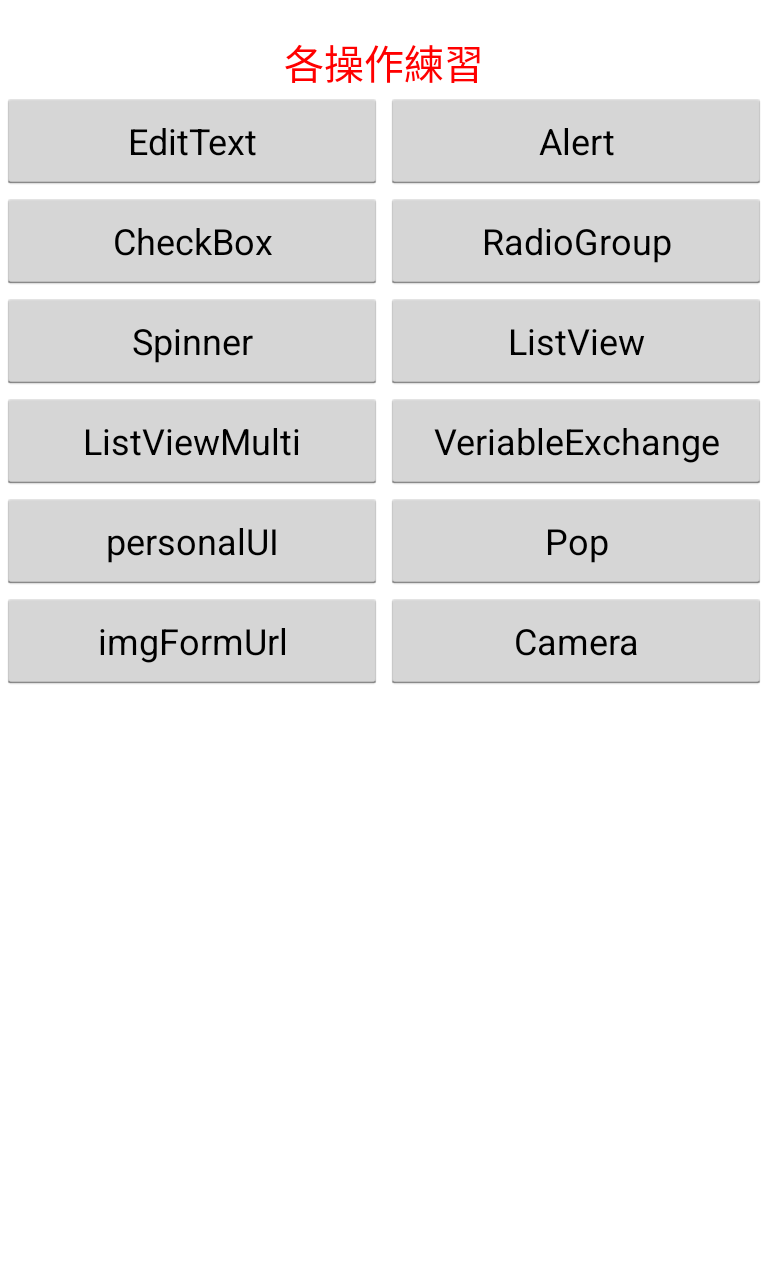
Repository: NTUSTCMAPP/cmapp
Layout: Test/Test/res/layout/activity_main.xml
These files come from the project's save history. The layout is drawn as it stood at one moment and after the next save; the edit follows.
It is drawn on a 768 x 1280 px phone screen (xhdpi) without system bars, with theme AppTheme; the app's code is not run. The app's manifest (not shown) leaves right-to-left support off. So textAlignment, textDirection and layoutDirection are ignored, and left and right values win over start and end ones.

Above is the layout before, as saved 2015-04-25 04:20:01.

### Test/Test/res/layout/activity_main.xml
<RelativeLayout xmlns:android="http://schemas.android.com/apk/res/android"
    xmlns:tools="http://schemas.android.com/tools"
    android:layout_width="match_parent"
    android:layout_height="match_parent"
    android:layout_margin="0dp"
    android:paddingBottom="@dimen/activity_vertical_margin"
    android:paddingLeft="@dimen/activity_horizontal_margin"
    android:paddingRight="@dimen/activity_horizontal_margin"
    android:paddingTop="@dimen/activity_vertical_margin"
    tools:context="com.cmapp.test.MainActivity" >

	<TextView
	    android:id="@+id/Title"
	    android:text="@string/Title"
	    android:layout_width="wrap_content"
	    android:layout_height="wrap_content"
	    android:layout_centerHorizontal="true"
	    android:textSize="20sp"
	    android:textColor="#FF0000">
	</TextView>

	<LinearLayout
	    android:id="@+id/LL1"
	    android:layout_width="fill_parent"
	    android:layout_height="wrap_content"
	    android:orientation="horizontal"
	    android:layout_below="@+id/Title"
	    android:weightSum="2">

	<Button android:id="@+id/editText"
	    android:layout_height="50dp"
	    android:layout_width="0dp"
	    android:layout_weight="1"
	    android:text="EditText"
	    />
	<Button android:id="@+id/Alert"
	    android:layout_height="50dp"
	    android:layout_width="0dp"
	    android:layout_weight="1"
	    android:layout_below="@+id/Title"
	    android:layout_toRightOf="@+id/editText"
	    android:text="Alert"
	    />
	</LinearLayout>
	<LinearLayout
	     android:id="@+id/LL2"
	    android:layout_width="fill_parent"
	    android:layout_height="wrap_content"
	    android:orientation="horizontal"
	    android:layout_below="@+id/LL1"
	    android:weightSum="2">

	<Button android:id="@+id/CheckBox"
	    android:layout_height="50dp"
	    android:layout_width="0dp"
	    android:layout_weight="1"
	    android:text="CheckBox"
	    />
	<Button android:id="@+id/RadioGroup"
	    android:layout_height="50dp"
	    android:layout_width="0dp"
	    android:layout_weight="1"

	    android:layout_toRightOf="@+id/editText"
	    android:text="RadioGroup"
	    />
	</LinearLayout>

	<LinearLayout
	    android:id="@+id/LL4"
	    android:layout_width="fill_parent"
	    android:layout_height="wrap_content"
	    android:layout_below="@+id/LL3"
	    android:layout_margin="0dp"
	    android:orientation="horizontal"
	    android:padding="0dp"
	    android:weightSum="2" >

	<Button
	    android:id="@+id/ListViewMulti"
	    android:layout_width="0dp"
	    android:layout_height="50dp"
	    android:layout_margin="0dp"
	    android:layout_weight="1"
	    android:minHeight="48dp"
	    android:text="ListViewMulti" />

	<Button
	    android:id="@+id/VeriableExchange"
	    android:layout_width="0dp"
	    android:layout_height="50dp"
	    android:layout_margin="0dp"
	    android:layout_toRightOf="@+id/ListViewMulti"
	    android:layout_weight="1"
	    android:text="VeriableExchange" />

	</LinearLayout>
	<LinearLayout
	     android:id="@+id/LL5"
	    android:layout_width="fill_parent"
	    android:layout_height="wrap_content"
	    android:orientation="horizontal"
	    android:layout_below="@+id/LL4"
	    android:weightSum="2">

	<Button android:id="@+id/personalUI"
	    android:layout_height="50dp"
	    android:layout_width="0dp"
	    android:layout_weight="1"
	    android:text="personalUI"
	    />
	<Button android:id="@+id/pop"
	    android:layout_height="50dp"
	    android:layout_width="0dp"
	    android:layout_weight="1"
	    android:layout_toRightOf="@+id/personalUI"
	    android:text="Pop"
	    />
	</LinearLayout>

	<LinearLayout
	    android:id="@+id/LL3"
	    android:layout_width="fill_parent"
	    android:layout_height="wrap_content"
	    android:layout_alignParentLeft="true"
	    android:layout_below="@+id/LL2"
	    android:layout_margin="0dp"
	    android:layout_marginBottom="0dp"
	    android:layout_marginStart="0dp"
	    android:layout_marginTop="0dp"
	    android:orientation="horizontal"
	    android:weightSum="2" >

	    <Button
	        android:id="@+id/Spinner"
	        android:layout_width="0dp"
	        android:layout_height="50dp"
	        android:layout_weight="1"
	        android:text="Spinner" />

	    <Button
	        android:id="@+id/ListView"
	        android:layout_width="0dp"
	        android:layout_height="50dp"
	        android:layout_toRightOf="@+id/Spinner"
	        android:layout_weight="1"
	        android:text="ListView" />
	</LinearLayout>
	<LinearLayout
	    android:id="@+id/LL6"
	    android:layout_width="fill_parent"
	    android:layout_height="wrap_content"
	    android:layout_alignParentLeft="true"
	    android:layout_below="@+id/LL5"
	    android:layout_margin="0dp"
	    android:layout_marginBottom="0dp"
	    android:layout_marginStart="0dp"
	    android:layout_marginTop="0dp"
	    android:orientation="horizontal"
	    android:weightSum="2" >

	    <Button
	        android:id="@+id/imgFormUrl"
	        android:layout_width="0dp"
	        android:layout_height="50dp"
	        android:layout_weight="1"
	        android:text="imgFormUrl" />

	    <Button
	        android:id="@+id/Camera"
	        android:layout_width="0dp"
	        android:layout_height="50dp"
	        android:layout_toRightOf="@+id/imgFormUrl"
	        android:layout_weight="1"
	        android:text="Camera" />
	</LinearLayout>

</RelativeLayout>

### Test/Test/res/values/dimens.xml
<resources>

    <!-- Default screen margins, per the Android Design guidelines. -->
    <dimen name="activity_horizontal_margin">0dp</dimen>
    <dimen name="activity_vertical_margin">16dp</dimen>

</resources>

### Test/Test/res/values/strings.xml
<?xml version="1.0" encoding="utf-8"?>
<resources>

    <string name="app_name">Test</string>
    <string name="hello_world">Hello world!</string>
    <string name="action_settings">Settings</string>
	<string name="Title">各操作練習</string>
    <string-array name="spinnerSelect">
        <item>A</item>
        <item>B</item>
        <item>C</item>
        <item>D</item>
    </string-array>
</resources>

Loaded but not shown: Test/Test/res/values/styles.xml (common file); Test/Test/res/values-v11/styles.xml (common file); Test/Test/res/values-v14/styles.xml (common file); Test/Test/res/values-w820dp/dimens.xml (common file)

After the next save:
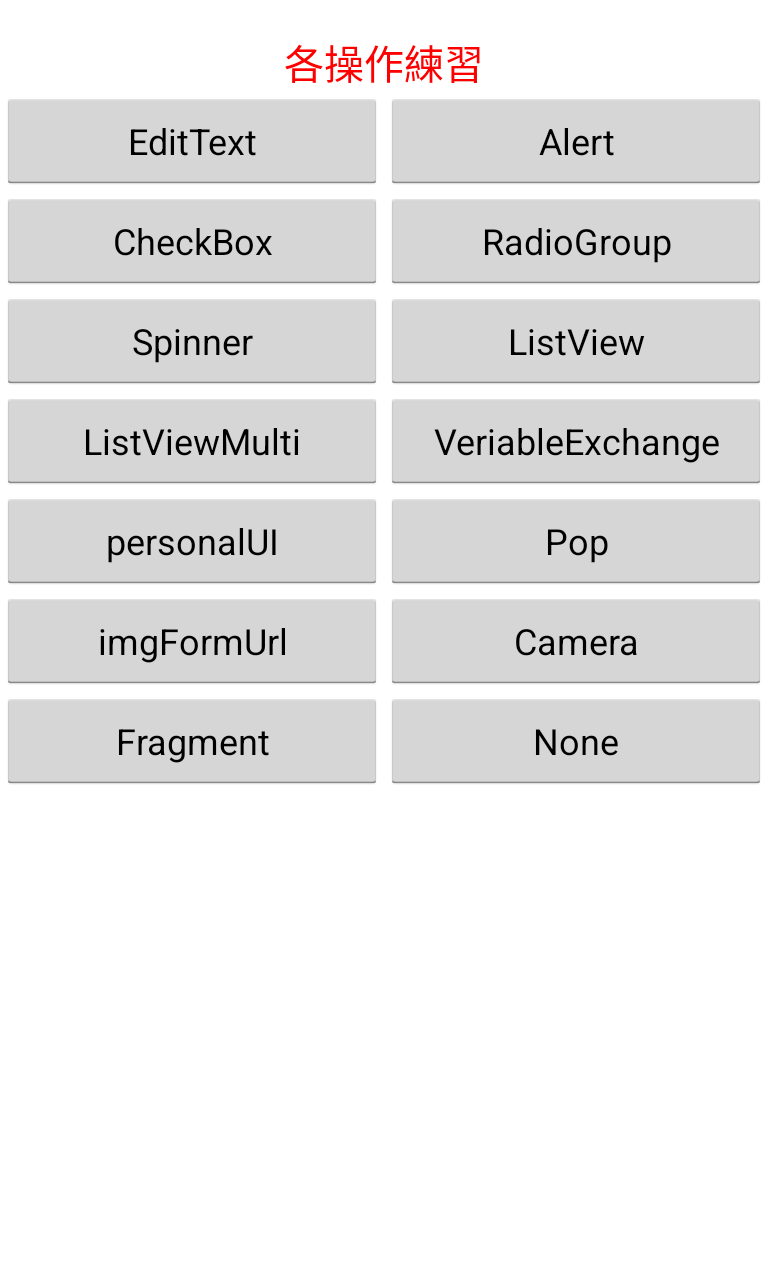
Saved 98 s later.
--- a/Test/Test/res/layout/activity_main.xml
+++ b/Test/Test/res/layout/activity_main.xml
@@ -174,5 +174,33 @@
 	        android:layout_weight="1"
 	        android:text="Camera" />
 	</LinearLayout>
+	<LinearLayout
+	    android:id="@+id/LL7"
+	    android:layout_width="fill_parent"
+	    android:layout_height="wrap_content"
+	    android:layout_alignParentLeft="true"
+	    android:layout_below="@+id/LL6"
+	    android:layout_margin="0dp"
+	    android:layout_marginBottom="0dp"
+	    android:layout_marginStart="0dp"
+	    android:layout_marginTop="0dp"
+	    android:orientation="horizontal"
+	    android:weightSum="2" >
+
+	    <Button
+	        android:id="@+id/fragment"
+	        android:layout_width="0dp"
+	        android:layout_height="50dp"
+	        android:layout_weight="1"
+	        android:text="Fragment" />
+
+	    <Button
+	        android:id="@+id/None"
+	        android:layout_width="0dp"
+	        android:layout_height="50dp"
+	        android:layout_toRightOf="@+id/fragment"
+	        android:layout_weight="1"
+	        android:text="None" />
+	</LinearLayout>
 
 </RelativeLayout>
